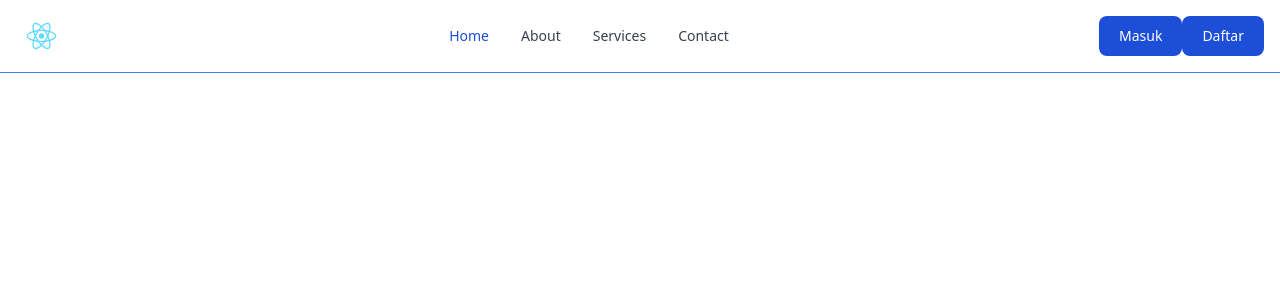
Repository: farrelmuhammad/arkademi-test
Page: /
These files come from the project's save history. The page is drawn as it stood at one moment and after the next save; the edit follows.
The browser window is 1280 px wide. The pictures show the whole page.
The project was rebuilt for these pictures with package versions that can differ from the ones it lists, and the page was loaded fresh each time. Also part of the build but not shown: src/App.css.

Above is the page before, as saved 2022-12-28 18:12:39.

### src/App.js
import logo from './logo.svg';
import './App.css';
import Home from './pages/Home';

function App() {
  return (
    <>
      <Home />
    </>
  );
}

export default App;

### src/pages/Home.jsx
import React from "react";
import Navbar from "../components/Navbar";

const Home = () => {
  return (
    <>
      <Navbar />
    </>
  );
};

export default Home;

### src/components/Navbar.jsx
import React from "react";
import Logo from "../assets/Logo.svg";

const Navbar = () => {
  return (
    <>
      <nav class="bg-white px-2 sm:px-4 py-2.5 dark:bg-blue-600 fixed w-full z-20 top-0 left-0 border-b border-blue-500 dark:border-blue-500">
        <div class="container flex flex-wrap items-center justify-between mx-auto">
          <a href="https://flowbite.com/" class="flex items-center">
            <img src={Logo} className="h-6 mr-3 sm:h-9" alt="Arkademi Logo" />
          </a>
          <div class="flex md:order-2">
            <button
              type="button"
              class="text-white bg-blue-700 hover:bg-blue-800 focus:ring-4 focus:outline-none focus:ring-blue-300 font-medium rounded-lg text-sm px-5 py-2.5 text-center mr-3 md:mr-0 dark:bg-blue-500 dark:hover:bg-blue-700 dark:focus:ring-blue-800"
            >
              Masuk
            </button>
            <button
              type="button"
              class="text-white bg-blue-700 hover:bg-blue-800 focus:ring-4 focus:outline-none focus:ring-blue-300 font-medium rounded-lg text-sm px-5 py-2.5 text-center mr-3 md:mr-0 dark:bg-blue-500 dark:hover:bg-blue-700 dark:focus:ring-blue-800"
            >
              Daftar
            </button>
            <button
              data-collapse-toggle="navbar-sticky"
              type="button"
              class="inline-flex items-center p-2 text-sm text-gray-500 rounded-lg md:hidden hover:bg-gray-100 focus:outline-none focus:ring-2 focus:ring-gray-200 dark:text-gray-400 dark:hover:bg-gray-700 dark:focus:ring-gray-600"
              aria-controls="navbar-sticky"
              aria-expanded="false"
            >
              <span class="sr-only">Open main menu</span>
              <svg
                class="w-6 h-6"
                aria-hidden="true"
                fill="currentColor"
                viewBox="0 0 20 20"
                xmlns="http://www.w3.org/2000/svg"
              >
                <path
                  fill-rule="evenodd"
                  d="M3 5a1 1 0 011-1h12a1 1 0 110 2H4a1 1 0 01-1-1zM3 10a1 1 0 011-1h12a1 1 0 110 2H4a1 1 0 01-1-1zM3 15a1 1 0 011-1h12a1 1 0 110 2H4a1 1 0 01-1-1z"
                  clip-rule="evenodd"
                ></path>
              </svg>
            </button>
          </div>
          <div
            class="items-center justify-between hidden w-full md:flex md:w-auto md:order-1"
            id="navbar-sticky"
          >
            <ul class="flex flex-col p-4 mt-4 border border-gray-100 rounded-lg bg-gray-50 md:flex-row md:space-x-8 md:mt-0 md:text-sm md:font-medium md:border-0 md:bg-white dark:bg-gray-800 md:dark:bg-gray-900 dark:border-gray-700">
              <li>
                <a
                  href="#"
                  class="block py-2 pl-3 pr-4 text-white bg-blue-700 rounded md:bg-transparent md:text-blue-700 md:p-0 dark:text-white"
                  aria-current="page"
                >
                  Home
                </a>
              </li>
              <li>
                <a
                  href="#"
                  class="block py-2 pl-3 pr-4 text-gray-700 rounded hover:bg-gray-100 md:hover:bg-transparent md:hover:text-blue-700 md:p-0 md:dark:hover:text-white dark:text-gray-400 dark:hover:bg-gray-700 dark:hover:text-white md:dark:hover:bg-transparent dark:border-gray-700"
                >
                  About
                </a>
              </li>
              <li>
                <a
                  href="#"
                  class="block py-2 pl-3 pr-4 text-gray-700 rounded hover:bg-gray-100 md:hover:bg-transparent md:hover:text-blue-700 md:p-0 md:dark:hover:text-white dark:text-gray-400 dark:hover:bg-gray-700 dark:hover:text-white md:dark:hover:bg-transparent dark:border-gray-700"
                >
                  Services
                </a>
              </li>
              <li>
                <a
                  href="#"
                  class="block py-2 pl-3 pr-4 text-gray-700 rounded hover:bg-gray-100 md:hover:bg-transparent md:hover:text-blue-700 md:p-0 md:dark:hover:text-white dark:text-gray-400 dark:hover:bg-gray-700 dark:hover:text-white md:dark:hover:bg-transparent dark:border-gray-700"
                >
                  Contact
                </a>
              </li>
            </ul>
          </div>
        </div>
      </nav>

      {/* <nav className="bg-white border-blue-500 dark:bg-blue-500">
        <div className="flex flex-wrap justify-between items-center mx-auto max-w-screen-xl px-4 md:px-6 py-2.5">
          <a href="https://flowbite.com" className="flex items-center">
            <img src={Logo} className="h-6 mr-3 sm:h-9" alt="Arkademi Logo" />
          </a>
          <div className="h-12 bg-white rounded-2xl py-3 px-6 text-neutral-3 flex lg:bg-[#EEEEEE]">
            <input
              className="w-full h-full bg-transparent focus:outline-none"
              placeholder="Cari di sini ..."
            />
            <FiSearch className="text-2xl" />
          </div>

          <div className="flex items-center">
            <a
              href="tel:5541251234"
              className="mr-6 text-sm font-medium text-gray-500 dark:text-white hover:underline"
            >
              (555) 412-1234
            </a>
            <a
              href="#"
              className="text-sm font-medium text-gray-600 dark:text-white hover:underline"
            >
              Login
            </a>
          </div>
        </div>
      </nav>
      <nav className="bg-white dark:bg-white">
        <div className="max-w-screen-xl px-4 py-3 mx-auto md:px-6">
          <div className="flex items-center">
            <ul className="flex flex-row mt-0 mr-6 space-x-8 text-sm font-medium">
              <li>
                <a
                  href="#"
                  className="text-gray-900 dark:text-dark hover:underline"
                  aria-current="page"
                >
                  Bisnis
                </a>
              </li>
              <li>
                <a
                  href="#"
                  className="text-gray-900 dark:text-dark hover:underline"
                >
                  Keuangan
                </a>
              </li>
              <li>
                <a
                  href="#"
                  className="text-gray-900 dark:text-dark hover:underline"
                >
                  Pengembangan Karier
                </a>
              </li>
              <li>
                <a
                  href="#"
                  className="text-gray-900 dark:text-dark hover:underline"
                >
                  Sertifikasi
                </a>
              </li>
              <li>
                <a
                  href="#"
                  className="text-gray-900 dark:text-dark hover:underline"
                >
                  Teknologi
                </a>
              </li>
              <li>
                <a
                  href="#"
                  className="text-gray-900 dark:text-dark hover:underline"
                >
                  Bahasa
                </a>
              </li>
              <li>
                <a
                  href="#"
                  className="text-gray-900 dark:text-dark hover:underline"
                >
                  Korporat
                </a>
              </li>
              <li>
                <a
                  href="#"
                  className="text-gray-900 dark:text-dark hover:underline"
                >
                  Hobi
                </a>
              </li>
            </ul>
          </div>
        </div>
      </nav> */}
    </>
  );
};

export default Navbar;

Loaded but not shown: public/index.html (common file); src/index.js (common file); src/index.css (common file); src/reportWebVitals.js (common file); tailwind.config.js (common file)

After the next save:
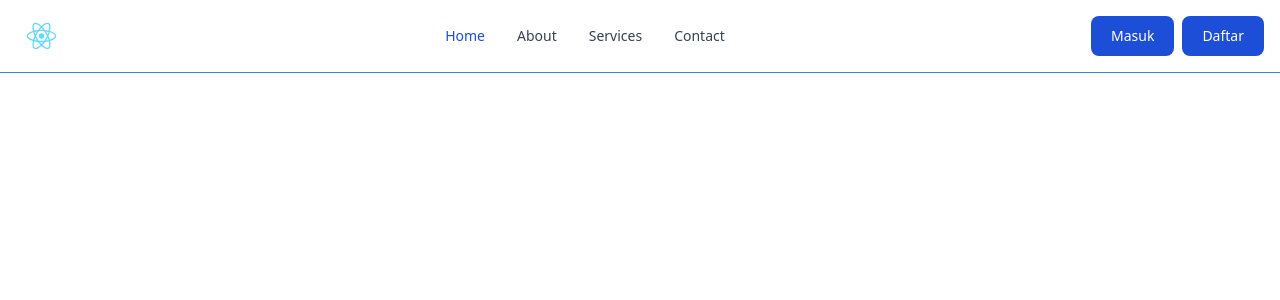
Saved 41 s later.
--- a/src/components/Navbar.jsx
+++ b/src/components/Navbar.jsx
@@ -9,7 +9,7 @@
           <a href="https://flowbite.com/" class="flex items-center">
             <img src={Logo} className="h-6 mr-3 sm:h-9" alt="Arkademi Logo" />
           </a>
-          <div class="flex md:order-2">
+          <div class="flex gap-2 md:order-2">
             <button
               type="button"
               class="text-white bg-blue-700 hover:bg-blue-800 focus:ring-4 focus:outline-none focus:ring-blue-300 font-medium rounded-lg text-sm px-5 py-2.5 text-center mr-3 md:mr-0 dark:bg-blue-500 dark:hover:bg-blue-700 dark:focus:ring-blue-800"
